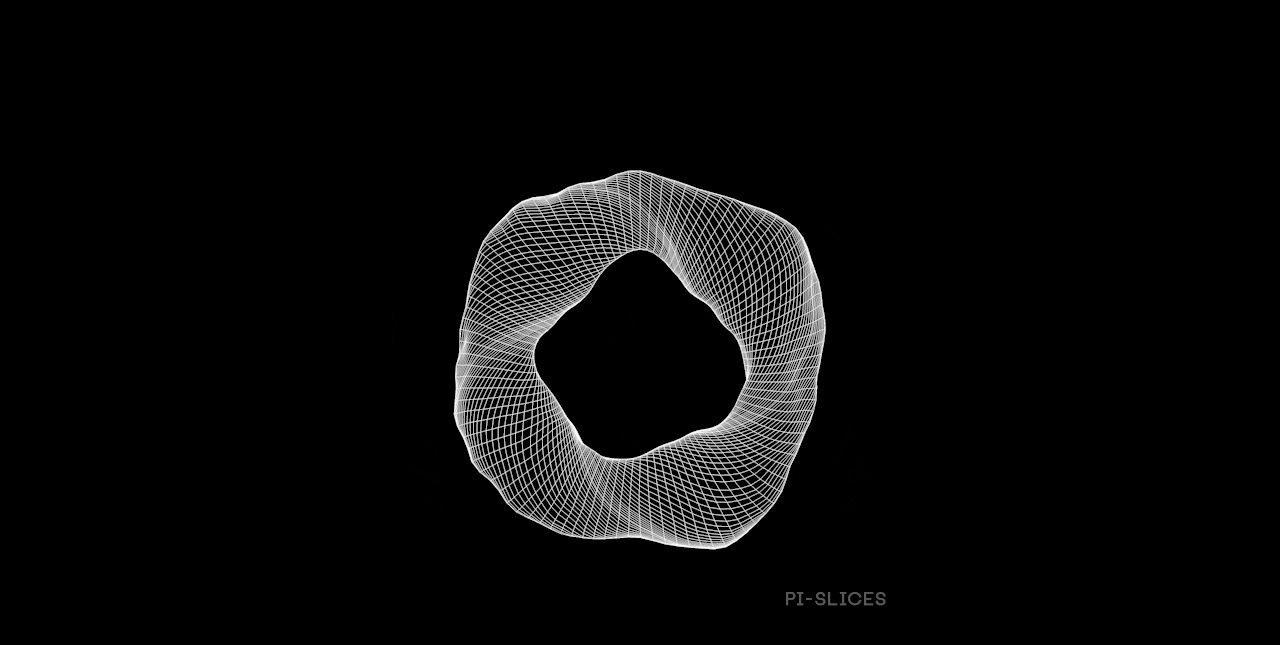
Repository: Csiddharth7906/MovieAppUpdatedVersion
Page: / (app in MVXC-MovieWebApplication/)
These files come from the project's save history. The page is drawn as it stood at one moment and after a run of saves; the edit follows.
The browser window is 1280 px wide. The pictures show the whole page.
The page's requests for data from a server got no answer. Some web libraries are served in a nearby version. The project was rebuilt for these pictures with package versions that can differ from the ones it lists, and the page was loaded fresh each time. No one was signed in, and anything a server would have sent is missing. Also part of the build but not shown: MVXC-MovieWebApplication/vite.config.js, MVXC-MovieWebApplication/src/templates/Sidenav.jsx, MVXC-MovieWebApplication/src/templates/Topnav.jsx, MVXC-MovieWebApplication/src/templates/Header.jsx, MVXC-MovieWebApplication/src/templates/DropDown.jsx, MVXC-MovieWebApplication/src/templates/HorizontalCards.jsx.

Above is the page before, as saved 2025-06-18 10:52:39.

After the next 6 saves:
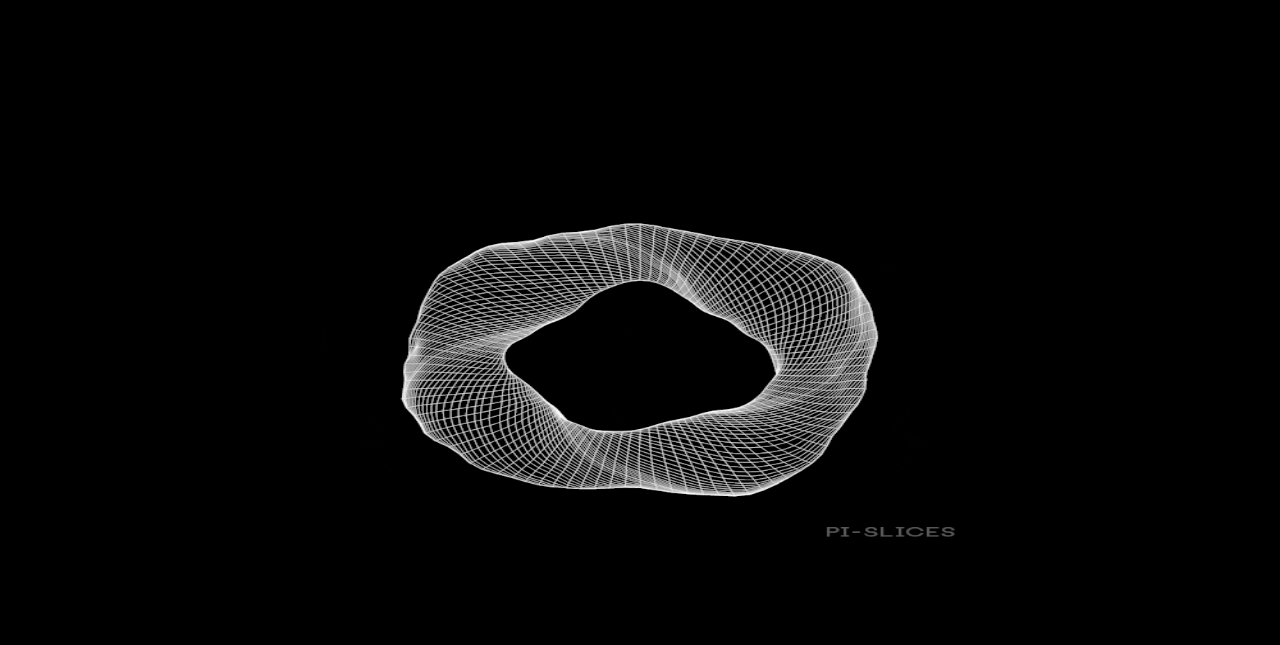
The 6 saves are shown as one change because they came seconds apart.
The last was saved 15 s later.
--- a/MVXC-MovieWebApplication/src/components/Loading.jsx
+++ b/MVXC-MovieWebApplication/src/components/Loading.jsx
@@ -3,7 +3,7 @@ import loader  from '/loader.gif'
 const Loading = () => {
   return (
     <div className='w-screen h-screen flex justify-center items-center bg-black '>
-        <img  className='' src={loader} alt="" />
+        <img  className='w-[50%] h-[50%] ' src={loader} alt="" />
     </div>
   )
 }
